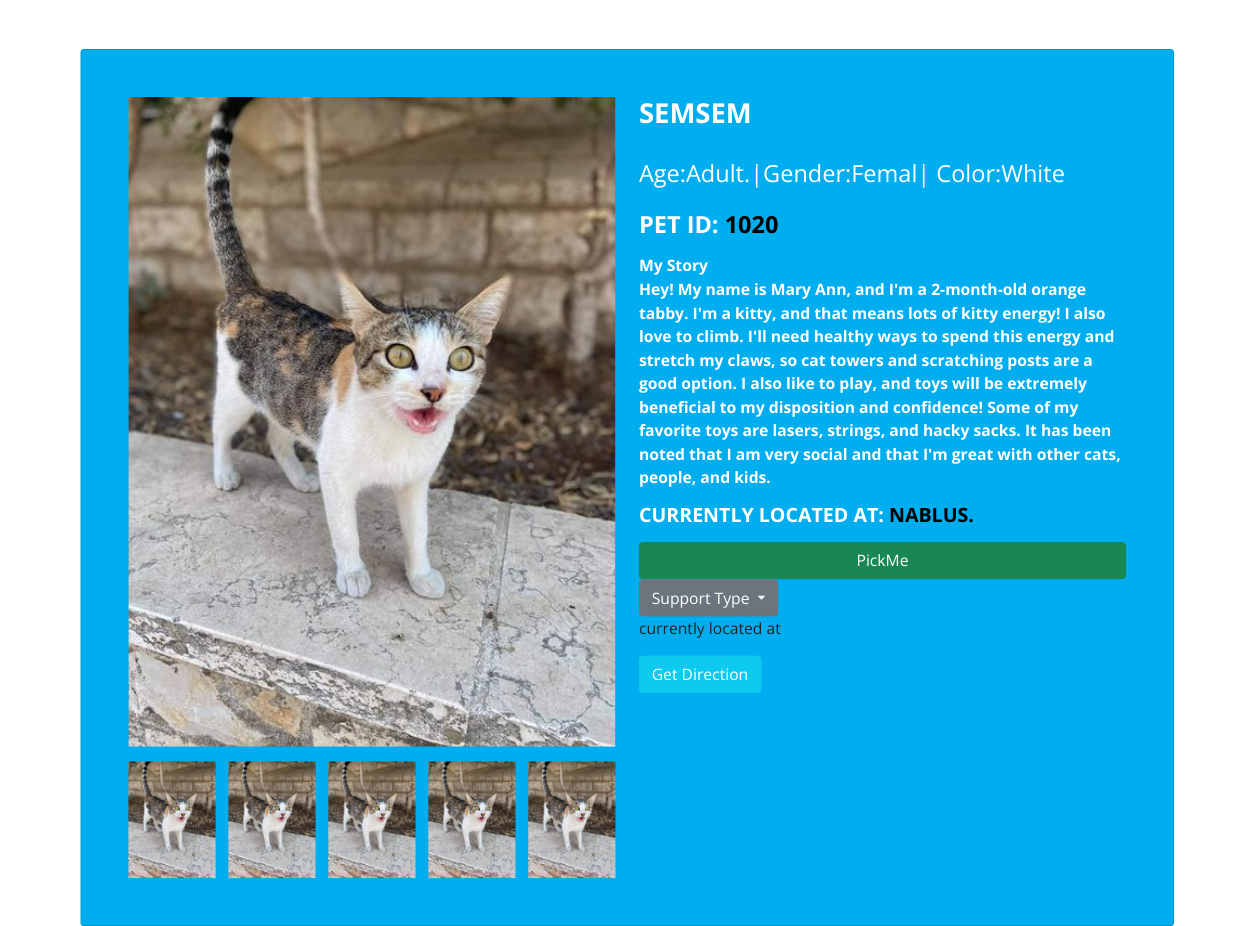
Repository: mezoswn/JavaProject
Page: http://localhost/demo/WEB-INF/petinfoone.jsp
These files come from the project's save history. The page is drawn as it stood at one moment and after the next save; the edit follows.
The browser window is 1280 px wide. The pictures show the whole page, at 98% of full size.
The page is served by Tomcat 9. Nobody is signed in. Other server files are loaded and not shown. The template is opened directly, without the code that normally fills it, so the values that code supplies are empty.

Above is the page before, as saved 2021-07-06 20:09:34.

### jsp files/demo/src/main/webapp/WEB-INF/petinfoone.jsp
<%@ page language="java" contentType="text/html; charset=ISO-8859-1"
    pageEncoding="ISO-8859-1"%>
<%@ taglib prefix="c" uri="http://java.sun.com/jsp/jstl/core"%>
<%@ taglib prefix="form" uri="http://www.springframework.org/tags/form"%>

<!DOCTYPE html>
<html>
<head>
      <!-- CSS only -->
<link href="https://cdn.jsdelivr.net/npm/bootstrap@5.0.2/dist/css/bootstrap.min.css" rel="stylesheet" integrity="sha384-EVSTQN3/azprG1Anm3QDgpJLIm9Nao0Yz1ztcQTwFspd3yD65VohhpuuCOmLASjC" crossorigin="anonymous">
   <!-- JavaScript Bundle with Popper -->
<script src="https://cdn.jsdelivr.net/npm/bootstrap@5.0.2/dist/js/bootstrap.bundle.min.js" integrity="sha384-MrcW6ZMFYlzcLA8Nl+NtUVF0sA7MsXsP1UyJoMp4YLEuNSfAP+JcXn/tWtIaxVXM" crossorigin="anonymous"></script>
   <style>

/*****************globals*************/
body {
  font-family: 'open sans';
  overflow-x: hidden; }

img {
  max-width: 100%; }

.preview {
  display: -webkit-box;
  display: -webkit-flex;
  display: -ms-flexbox;
  display: flex;
  -webkit-box-orient: vertical;
  -webkit-box-direction: normal;
  -webkit-flex-direction: column;
      -ms-flex-direction: column;
          flex-direction: column; }
  @media screen and (max-width: 996px) {
    .preview {
      margin-bottom: 20px; } }

.preview-pic {
  -webkit-box-flex: 1;
  -webkit-flex-grow: 1;
      -ms-flex-positive: 1;
          flex-grow: 1; }

.preview-thumbnail.nav-tabs {
  border: none;
  margin-top: 15px; }
  .preview-thumbnail.nav-tabs li {
    width: 18%;
    margin-right: 2.5%; }
    .preview-thumbnail.nav-tabs li img {
      max-width: 100%;
      display: block; }
    .preview-thumbnail.nav-tabs li a {
      padding: 0;
      margin: 0; }
    .preview-thumbnail.nav-tabs li:last-of-type {
      margin-right: 0; }

.tab-content {
  overflow: hidden; }
  .tab-content img {
    width: 100%;
    -webkit-animation-name: opacity;
            animation-name: opacity;
    -webkit-animation-duration: .3s;
            animation-duration: .3s; }

.card {
  margin-top: 50px;
  background: #00adee;
  padding: 3em;
  line-height: 1.5em; }

@media screen and (min-width: 997px) {
  .wrapper {
    display: -webkit-box;
    display: -webkit-flex;
    display: -ms-flexbox;
    display: flex; } }

.details {
  display: -webkit-box;
  display: -webkit-flex;
  display: -ms-flexbox;
  display: flex;
  -webkit-box-orient: vertical;
  -webkit-box-direction: normal;
  -webkit-flex-direction: column;
      -ms-flex-direction: column;
          flex-direction: column; }

.colors {
  -webkit-box-flex: 1;
  -webkit-flex-grow: 1;
      -ms-flex-positive: 1;
          flex-grow: 1; }

.product-title, .price, .sizes, .colors {
  text-transform: UPPERCASE;
  font-weight: bold; }

.checked, .price span {
  color: #ff9f1a; }

.product-title, .rating, .product-description, .price, .vote, .sizes {
  margin-bottom: 15px;
color:white; }

.product-title {
  margin-top: 0;
 }

.size {
  margin-right: 10px; }
  .size:first-of-type {
    margin-left: 40px; }

.color {
  display: inline-block;
  vertical-align: middle;
  margin-right: 10px;
  height: 2em;
  width: 2em;
  border-radius: 2px; }
  .color:first-of-type {
    margin-left: 20px; }

.add-to-cart, .like {
  background: #ff9f1a;
  padding: 1.2em 1.5em;
  border: none;
  text-transform: UPPERCASE;
  font-weight: bold;
  color: #fff;
  -webkit-transition: background .3s ease;
          transition: background .3s ease; }
  .add-to-cart:hover, .like:hover {
    background: #b36800;
    color: #fff; }

.not-available {
  text-align: center;
  line-height: 2em; }
  .not-available:before {
    font-family: fontawesome;
    content: "\f00d";
    color: #fff; }

.orange {
  background: #ff9f1a; }

.green {
  background: #85ad00; }

.blue {
  background: #0076ad; }

.tooltip-inner {
  padding: 1.3em; }

@-webkit-keyframes opacity {
  0% {
    opacity: 0;
    -webkit-transform: scale(3);
            transform: scale(3); }
  100% {
    opacity: 1;
    -webkit-transform: scale(1);
            transform: scale(1); } }

@keyframes opacity {
  0% {
    opacity: 0;
    -webkit-transform: scale(3);
            transform: scale(3); }
  100% {
    opacity: 1;
    -webkit-transform: scale(1);
            transform: scale(1); } }

/*# sourceMappingURL=style.css.map */
    </style>
    <meta name="viewport" content="width=device-width, initial-scale=1">

    <title>PetPet Informatin</title>
    <link href="https://maxcdn.bootstrapcdn.com/font-awesome/4.7.0/css/font-awesome.min.css" rel="stylesheet">
    <link href="https://fonts.googleapis.com/css?family=Open+Sans:400,700" rel="stylesheet">


<meta charset="ISO-8859-1">
<title>Insert title here</title>
</head>
<body>
	<div class="container">
		<div class="card">
			<div class="container-fliud">
				<div class="wrapper row">
					<div class="preview col-md-6">
						<div class="preview-pic tab-content">
						  <div class="tab-pane active" id="pic-1"><img src="img/item-01.jpg" /></div>
						  <div class="tab-pane" id="pic-2"><img src="img/item-01.jpg"/></div>
						  <div class="tab-pane" id="pic-3"><img src="img/item-01.jpg" /></div>
						  <div class="tab-pane" id="pic-4"><img src="img/item-01.jpg" /></div>
						  <div class="tab-pane" id="pic-5"><img src="img/item-01.jpg" /></div>
						</div>
						<ul class="preview-thumbnail nav nav-tabs">
						  <li class="active"><a data-target="#pic-1" data-toggle="tab"><img src="img/item-01.jpg" /></a></li>
						  <li><a data-target="#pic-2" data-toggle="tab"><img src="img/item-01.jpg" /></a></li>
						  <li><a data-target="#pic-3" data-toggle="tab"><img src="img/item-01.jpg" /></a></li>
						  <li><a data-target="#pic-4" data-toggle="tab"><img src="img/item-01.jpg" /></a></li>
						  <li><a data-target="#pic-5" data-toggle="tab"><img src="img/item-01.jpg" /></a></li>
						</ul>
					</div>
					<div class="details col-md-6">
						<h3 class="product-title">Semsem</h3>
						<p class="product-description"><h4 style="color: white;">Age:Adult.|Gender:Femal| Color:White</h4></p>
						<h4 class="price">Pet Id: <span style="color: black;">1020</span></h4>
						<p class="vote"><strong> My Story</strong><br><strong>Hey! My name is Mary Ann, and I'm a 2-month-old orange tabby. I'm a kitty, and that means lots of kitty energy! I also love to climb. I'll need healthy ways to spend this energy and stretch my claws, so cat towers and scratching posts are a good option. I also like to play, and toys will be extremely beneficial to my disposition and confidence! Some of my favorite toys are lasers, strings, and hacky sacks. It has been noted that I am very social and that I'm great with other cats, people, and kids.</strong></p>
						<h5 class="sizes">currently located at: <strong style="color: black;">Nablus.</strong></h5>
            <button type="button" class="btn btn-success">PickMe</button>

            <div class="dropdown">
                <button class="btn btn-secondary dropdown-toggle" type="button" id="dropdownMenuButton1" data-bs-toggle="dropdown" aria-expanded="false">
                  Support Type
                </button>
                <ul class="dropdown-menu" aria-labelledby="dropdownMenuButton1">
                  <li><a class="dropdown-item" href="#">Adopt Me</a></li>
                  <li><a class="dropdown-item" href="#">Donate To Me</a></li>
                </ul>
              </div>
              <div class="col-12 col-md-6">
                <div class="pet-detail-page__info">
                    <div class="pet-detail-page__info__pet">
                      <div class="pet-detail-page__info__pet__detail"></div>
                        <p class="pet-location-details location blue-tag">currently located at</p>
                        <!-- <a style="color: blanchedalmond;" class="pet-location-details__link" href="https://www.google.com/maps/search/Nablus  ">get directions</a> -->
                        <a href="https://www.google.com/maps/search/Nablus"class="btn btn-info" role="button" style="color: #fff;">Get Direction</a>
                        </div>

					</div>
				</div>
			</div>
		</div>
	</div>
</body>
</html>

After the next save:
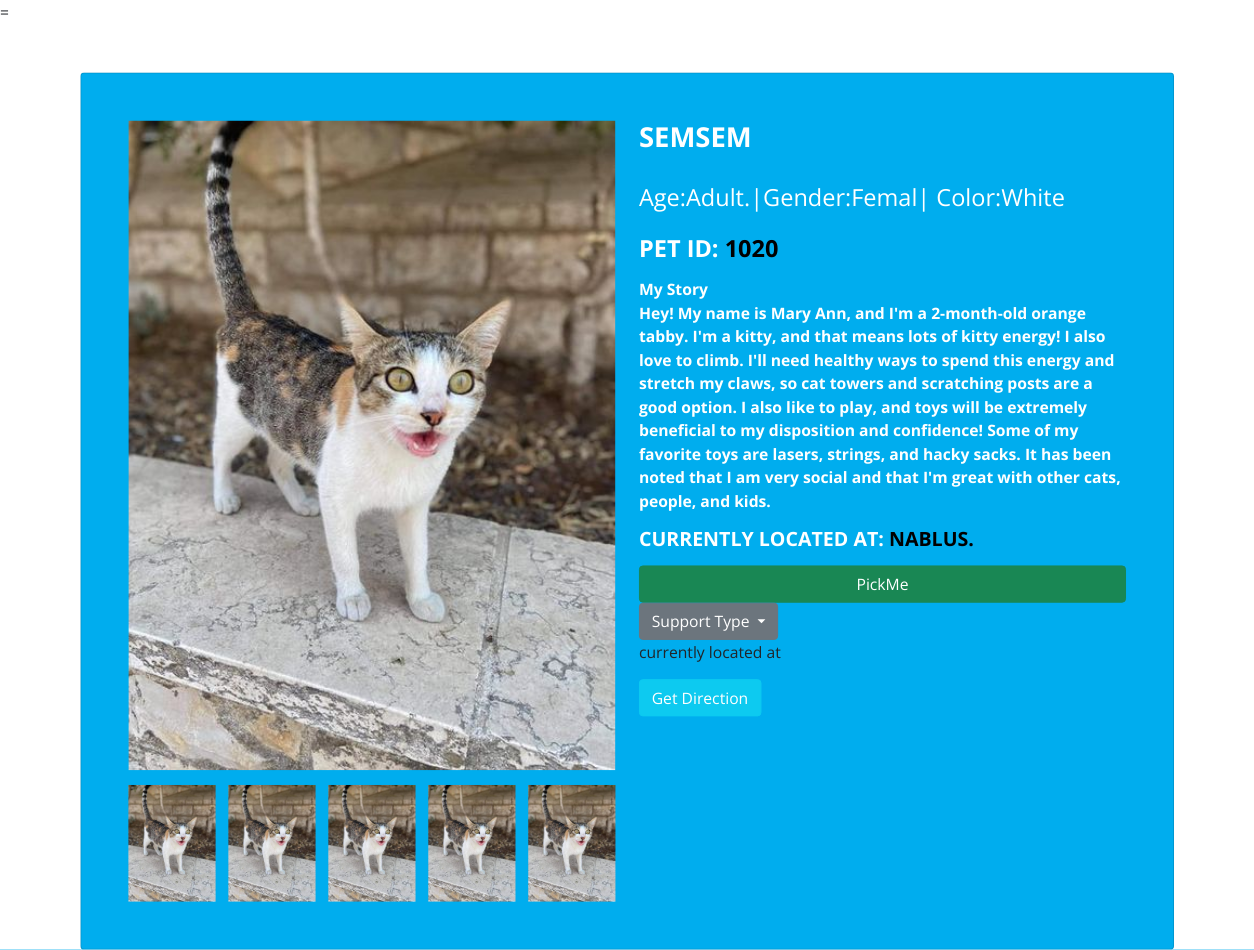
Saved 10 s later.
--- a/jsp files/demo/src/main/webapp/WEB-INF/petinfoone.jsp
+++ b/jsp files/demo/src/main/webapp/WEB-INF/petinfoone.jsp
@@ -1,7 +1,6 @@
 <%@ page language="java" contentType="text/html; charset=ISO-8859-1"
     pageEncoding="ISO-8859-1"%>
-<%@ taglib prefix="c" uri="http://java.sun.com/jsp/jstl/core"%>
-<%@ taglib prefix="form" uri="http://www.springframework.org/tags/form"%>
+=<%@ taglib prefix="form" uri="http://www.springframework.org/tags/form"%>
 
 <!DOCTYPE html>
 <html>
